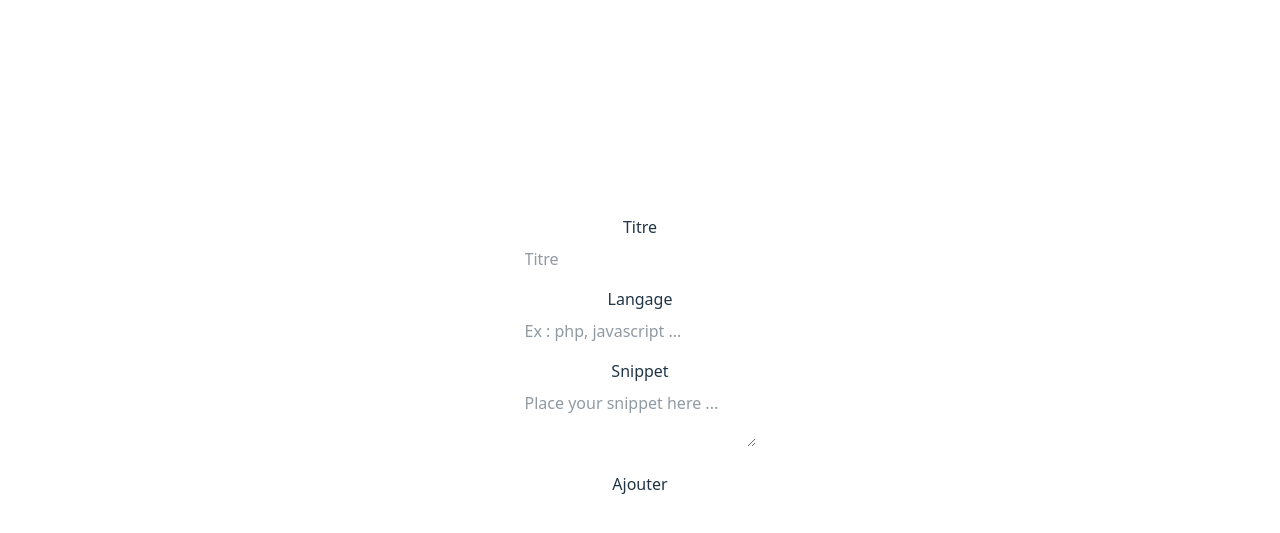
Repository: gdudekdev/mini-react-project
Page: /
An editor plug-in stored every save of this project. The page is shown before and after the next save, followed by the edit.
The browser window is 1280 px wide. The pictures show the whole page.
The project was rebuilt for these pictures with package versions that can differ from the ones it lists, and the page was loaded fresh each time. Also part of the build but not shown: vite.config.js, src/components/Snippet.tsx.

Above is the page before, as saved 2025-07-11 09:10:51.

After the next save:
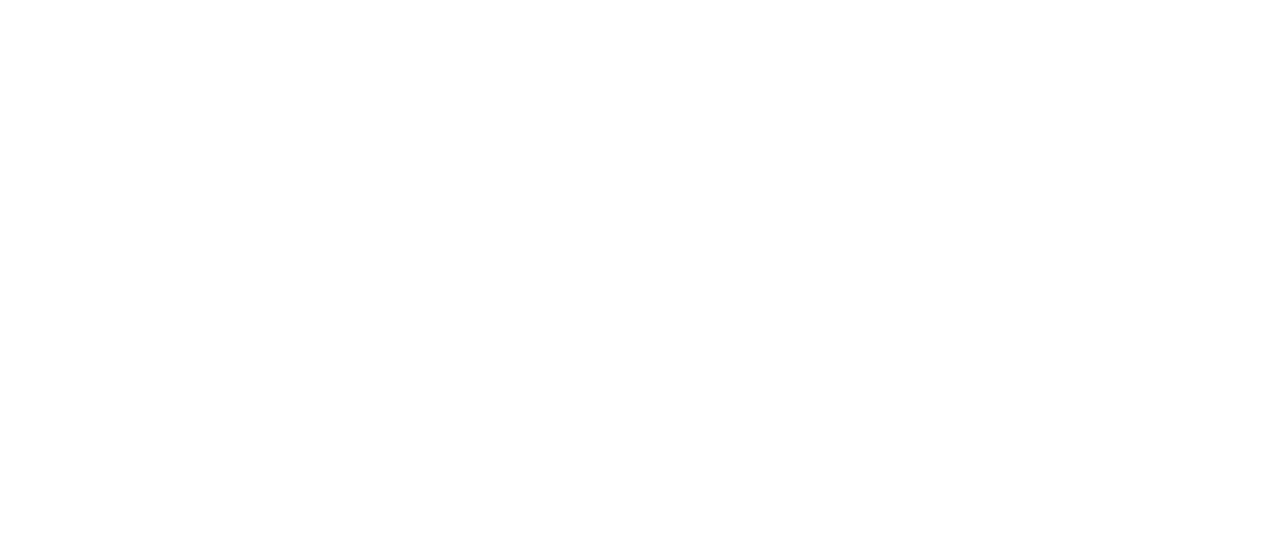
Console error: ReferenceError: sn is not defined
Saved 6 s later.
--- a/src/components/SnippetList.tsx
+++ b/src/components/SnippetList.tsx
@@ -1,9 +1,11 @@
-import { use, useState } from "react";
+import { use, useEffect, useState } from "react";
 import Snippet from "./Snippet";
 
 export default function SnippetList() {
   const [snippets, setSnippets] = useState<any[]>([]);
- use
+ useEffect(()=>{
+      sn
+ })
   return (
     <ul>
       {snippets.map((snippet, index) => {

After the 5 saves that followed:
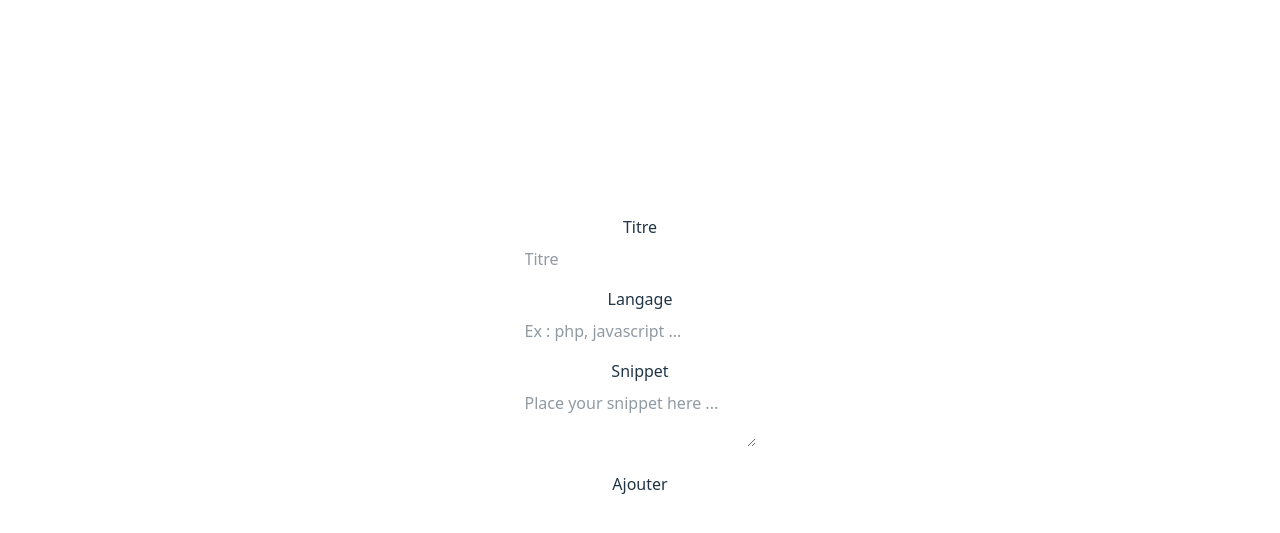
The error is gone.
The 5 saves are shown as one change because 1 did not build or start and some came seconds apart.
The last was saved 23 s later.
--- a/src/components/SnippetList.tsx
+++ b/src/components/SnippetList.tsx
@@ -4,7 +4,7 @@
 export default function SnippetList() {
   const [snippets, setSnippets] = useState<any[]>([]);
  useEffect(()=>{
-      sn
+      const saved =  window.localStorage.getItem('snippets')
  })
   return (
     <ul>
